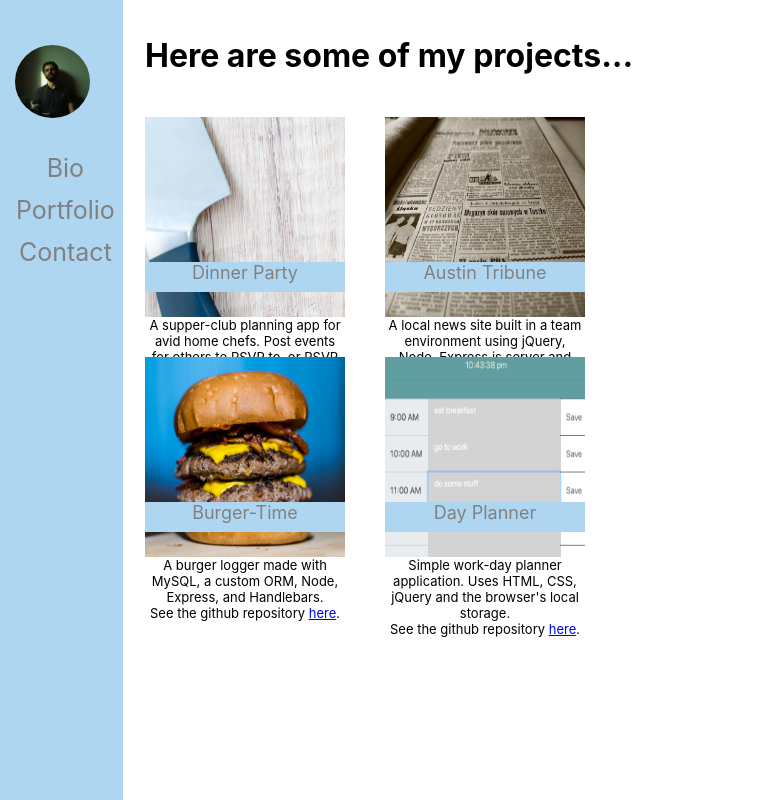
Repository: joeldelatte/react-portfolio
Page: / (app in client/)
These files come from the project's save history. The page is drawn as it stood at one moment and after the next save; the edit follows.
The browser window is 768 px wide. The pictures show the whole page.
The project was rebuilt for these pictures with package versions that can differ from the ones it lists, and the page was loaded fresh each time. Also part of the build but not shown: client/src/App.css, client/src/Components/Bio/bio.css, client/src/Components/Bio/Bio.js, client/src/Components/Contact/contact.css, client/src/Components/Contact/Contact.js.

Above is the page before, as saved 2020-05-14 14:25:41.

### client/public/index.html
<!doctype html>
<html lang="en">
  <head>
    <meta charset="utf-8">
    <meta name="viewport" content="width=device-width, initial-scale=1, shrink-to-fit=no">
    <meta name="theme-color" content="#000000">
    <!--
      manifest.json provides metadata used when your web app is added to the
      homescreen on Android. See https://developers.google.com/web/fundamentals/engage-and-retain/web-app-manifest/
    -->
    <link rel="manifest" href="%PUBLIC_URL%/manifest.json">
    <link rel="shortcut icon" href="%PUBLIC_URL%/favicon.ico">
    <!--
      Notice the use of %PUBLIC_URL% in the tags above.
      It will be replaced with the URL of the `public` folder during the build.
      Only files inside the `public` folder can be referenced from the HTML.

      Unlike "/favicon.ico" or "favicon.ico", "%PUBLIC_URL%/favicon.ico" will
      work correctly both with client-side routing and a non-root public URL.
      Learn how to configure a non-root public URL by running `npm run build`.
    -->
    <title>Joel Delatte</title>
  </head>
  <body>
    <noscript>
      You need to enable JavaScript to run this app.
    </noscript>
    <div id="root"></div>
    <!--
      This HTML file is a template.
      If you open it directly in the browser, you will see an empty page.

      You can add webfonts, meta tags, or analytics to this file.
      The build step will place the bundled scripts into the <body> tag.

      To begin the development, run `npm start` or `yarn start`.
      To create a production bundle, use `npm run build` or `yarn build`.
    -->
  </body>
</html>

### client/src/App.js
import React from 'react';
import {BrowserRouter as Router, Route, Switch, Link} from "react-router-dom";
import './App.css';
import Bio from "./Components/Bio/Bio";
import Nav from "./Page/Nav";
import Contact from "./Components/Contact/Contact"
import Portfolio from "./Components/Portfolio/Portfolio"

export default function App() {
  return (
    <>
      <Router>
        <Nav />
        <Switch>
          <Route exact path="/bio">
            <Bio />
          </Route>
          <Route exact path="/contact">
            <Contact />
          </Route>
          <Route exact path="/">
            <Portfolio />
          </Route>
        </Switch>
      </Router>
    </>
  );
}

### client/src/Page/Nav.js
import React from "react";
import {BrowserRouter as Router, Route, Switch, Link} from "react-router-dom";
import Avatar from "./Avatar";
import "./Page.css";

function Nav () {
    return (
        // <div className="header">
            <div className="nav">
                <Avatar />
                <Link to="/bio" >Bio</Link>
                <Link to="/">Portfolio</Link>
                <Link to="/contact">Contact</Link>
            </div>
        // </div>
    )
};

export default Nav;

### client/src/Components/Portfolio/Portfolio.js
import React, {useState} from "react";

import Dayplanner from "../Portfolio/images/dayplanner.png";
import NewsPaper from "../Portfolio/images/austin1.jpeg";
import Burger from "../Portfolio/images/burger.jpg"
import Knife from "../Portfolio/images/knife.png"

import './portfolio.css';

export default function Portfolio() {


    return (
        <>
        <div className="portfolio">
            <h1>Here are some of my projects...</h1>
                <div className="projectBox"  >
                  <a href="https://rocky-meadow-16617.herokuapp.com/" target="_blank">
                    <img className="projectPhoto" src={Knife}></img>
                    <section className="projectLabel">Dinner Party</section>
                  </a>
                  <p>A supper-club planning app for avid home chefs. Post events for others to RSVP to, or RSVP to other home chef's parties.
                    Full stack application usses MySql, Sequellize ORM, Express.js, React Node.
                    <br></br>
                    See the github repository <a href="https://github.com/joeldelatte/Poject_3_Dinner_Party">here</a>.
                  </p>
                </div>
                <div className="projectBox">
                  <a href="https://mmoritz8.github.io/Project-1/Joel_art/arts.html" target="_blank">
                    <img className="projectPhoto" src={NewsPaper}></img>
                    <section className="projectLabel">Austin Tribune</section>
                  </a>
                  <p>A local news site built in a team environment using jQuery, Node, Express.js server and REST APIs.
                    <br></br>
                    See the github repository <a href="https://github.com/mmoritz8/Project-1">here</a>.
                  </p>
                </div>
                <div className="projectBox">
                  <a href="https://boiling-lowlands-78090.herokuapp.com/" target="_blank">
                    <img className="projectPhoto" src={Burger}></img>
                    <section className="projectLabel">Burger-Time</section>
                  </a>
                  <p>A burger logger made with MySQL, a custom ORM, Node, Express, and Handlebars.
                    <br></br>
                    See the github repository <a href="https://github.com/joeldelatte/eat-da-burger">here</a>.
                  </p>
                </div>
                <div className="projectBox">
                  <a href="https://joeldelatte.github.io/day-planner/" target="_blank">
                    <img className="projectPhoto" src={Dayplanner}></img>
                    <section className="projectLabel">Day Planner</section>
                  </a>
                  <p>Simple work-day planner application. Uses HTML, CSS, jQuery and the browser's local storage.
                    <br></br>
                    See the github repository <a href="https://github.com/joeldelatte/day-planner">here</a>.
                  </p>
                </div>
        </div>
        </>
    )
}

### client/src/Page/Avatar.js
import React from "react";
import Portrait from "./images/joel_d.png"
import "./Page.css";

const styles = {
    maxWidth: 200,
    maxHeight: 200,
    borderRadius: 100,
    marginLeft: 25
};

function Avatar () {

    return (
      <div>
          <img src={Portrait} alt="avatar"  className="avatar" /> {/* style={styles} */}
      </div>
    );
};

export default Avatar;

### client/src/Page/Page.css
.nav {
    height: 100%;
    position: fixed;
    z-index: 1;
    top: 0;
    left: 0;
    background-color: #AED6F1;
    overflow-x: hidden;
    padding-top: 20px;
}

.nav a {
    padding: 6px 8px 6px 16px;
    text-decoration: none;
    font-size: 25px;
    color: #818181;
    display: block;
    text-align: center;
  }

.nav a:hover {
    color: #f1f1f1;
}

.avatar {
    max-width: 200px;
    max-height: 200px;
    border-radius: 100%;
    margin: 25px;
}

@media only screen and (max-width: 768px) {
    .sideNav {
        width: 100px;
    }
    .sideNav a {
        font-size: 15px;
    }
    .avatar {
        max-width: 75px;
        max-height: 75px;
        border-radius: 100;
        margin-left: 15px;
    }
}

### client/src/Components/Portfolio/portfolio.css
.portfolio {
    margin-left: 250px;
    padding: 15px;
}

.portfolio h1 {
    margin-left: 20px;
}

.projectBox {
    width: 200px;
    height: 200px;
    float: left;
    position: relative;
    text-align: center;
    margin: 20px;
}

.projectLabel {
    color: #818181;
    text-align: center;
    font-size: large;
    background-color: #aed6f1;
    width: 200px;
    height: 30px;
    padding: 4;
    position: absolute;
    top: 80%;
    left: 50%;
    transform: translate(-50%, -50%);

}

.projectPhoto {
    width: 200px;
    height: 200px;
    float: left;
    position: relative;
    text-align: center;
}

.move {
    padding-left: 45px;
    box-sizing: content-box;
}

@media only screen and (max-width: 768px) {
    .move {
        padding-left: 130px;
        box-sizing: content-box;
    }
    .portfolio {
        margin-left: 110px;
    }

    .portfolio h1 {
        margin-left: 20px;
    }

    .projectBox {
        min-width: 200px;
        min-height: 200px;
        font-size: small;
        float: left;
        position: relative;
        text-align: center;
        margin: 20px;
    }

    .projectLabel {
        color: #818181;
        text-align: center;
        font-size: large;
        background-color: #aed6f1;
        width: 200px;
        height: 30px;
        padding: 15;
        position: absolute;
        top: 80%;
        left: 50%;
        transform: translate(-50%, -50%);

    }

    .projectPhoto {
        width: 200px;
        height: 200px;
        float: left;
        position: relative;
        text-align: center;
    }


}

Loaded but not shown: client/src/index.js (common file); client/src/index.css (common file); client/src/serviceWorker.js (common file)

After the next save:
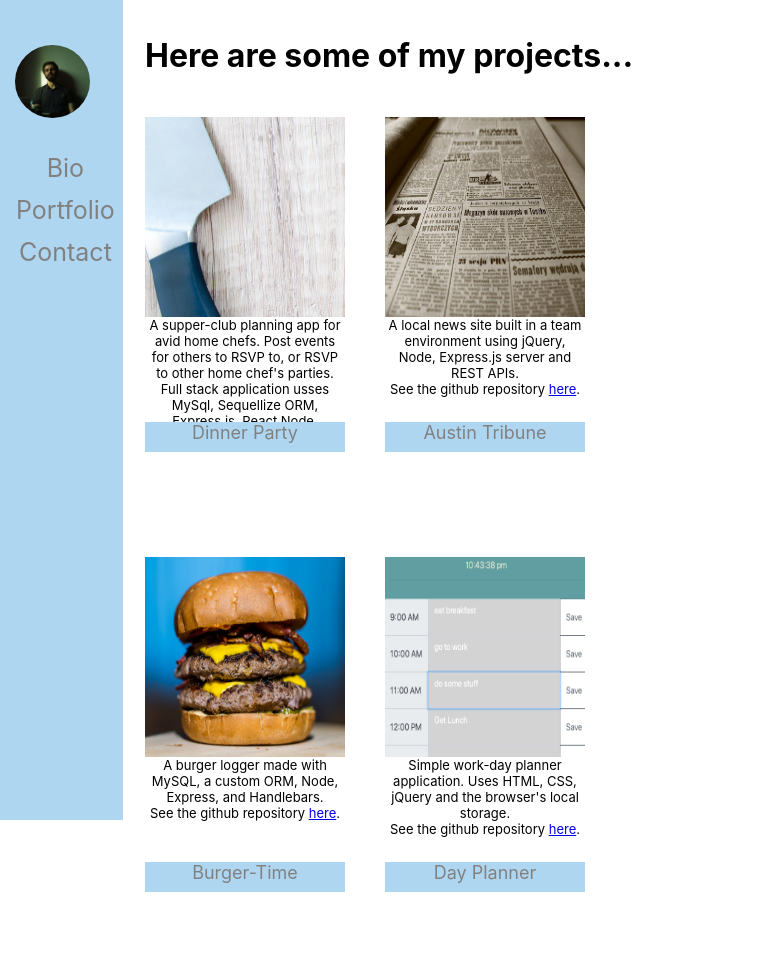
Saved 12 s later.
--- a/client/src/Components/Portfolio/portfolio.css
+++ b/client/src/Components/Portfolio/portfolio.css
@@ -59,7 +59,7 @@
 
     .projectBox {
         min-width: 200px;
-        min-height: 200px;
+        min-height: 400px;
         font-size: small;
         float: left;
         position: relative;

After the save that followed:
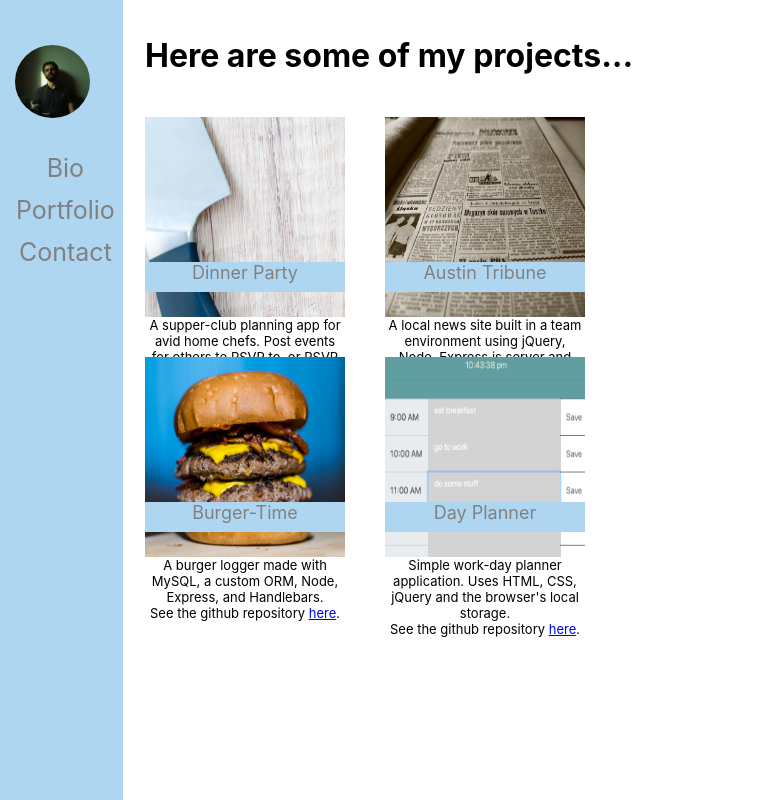
Saved 21 s later.
--- a/client/src/Components/Portfolio/portfolio.css
+++ b/client/src/Components/Portfolio/portfolio.css
@@ -59,7 +59,7 @@
 
     .projectBox {
         min-width: 200px;
-        min-height: 400px;
+        min-height: 200px;
         font-size: small;
         float: left;
         position: relative;
